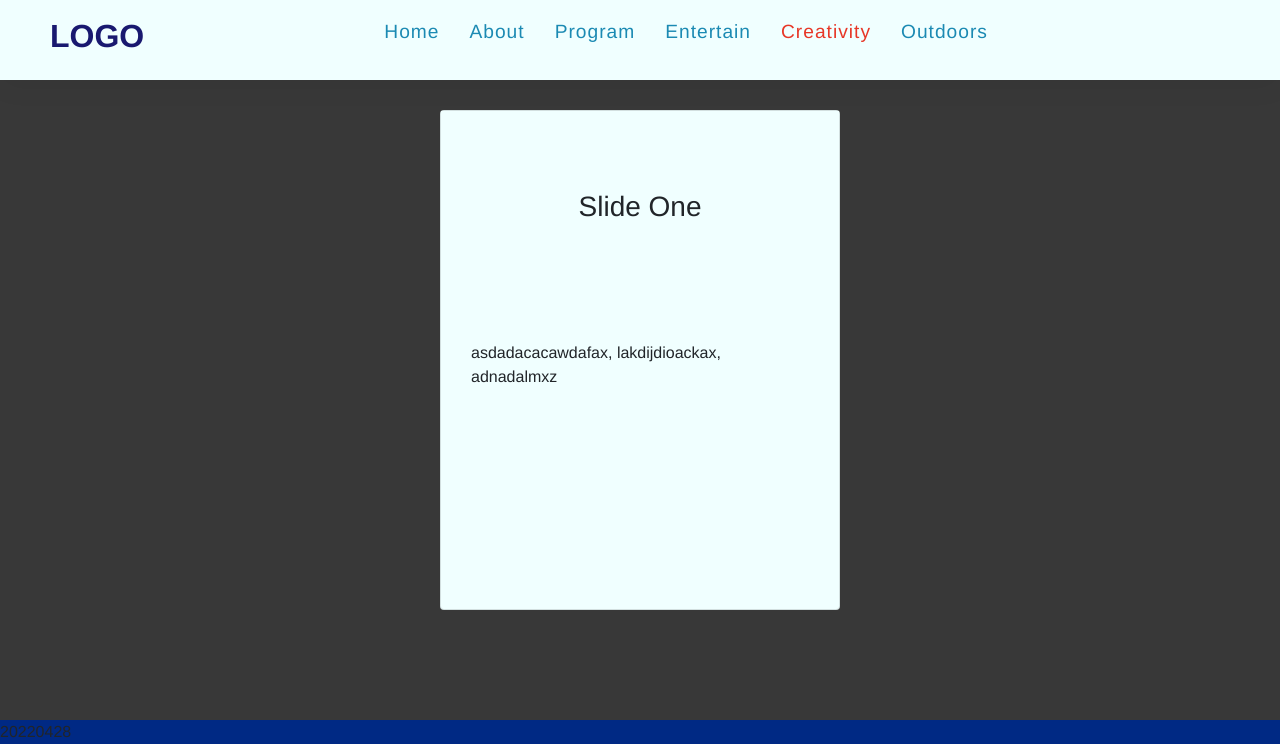
Repository: KevinYu0515/DeadByDaylight-custom-wiki
Page: /creativity
An editor plug-in stored every save of this project. The page is shown before and after a run of saves, followed by the edit.
The browser window is 1280 px wide. The pictures show the whole page.
Some web libraries are served in a nearby version. The project was rebuilt for these pictures with package versions that can differ from the ones it lists, and the page was loaded fresh each time. Also part of the build but not shown: vite.config.js, vue.config.js, src/views/Home.vue.

Above is the page before, as saved 2022-03-19 20:09:02.

After the next 2 saves:
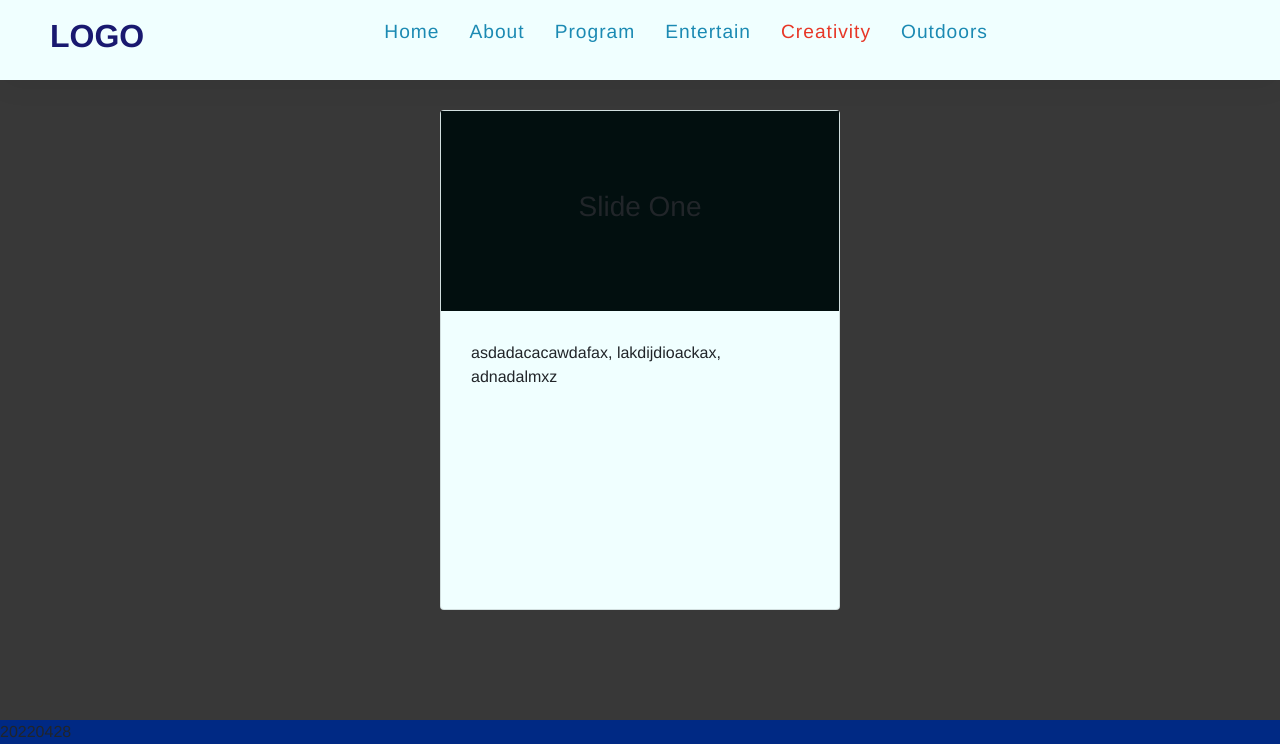
The 2 saves are shown as one change because they came seconds apart.
The last was saved 22 s later.
--- a/src/assets/scss/hobby/creativity.scss
+++ b/src/assets/scss/hobby/creativity.scss
@@ -24,7 +24,7 @@
             display: flex;
             justify-content: center;
             align-items: center;
-            background-color: azure;
+            background-color: rgb(2, 15, 15);
         }
 
     }
